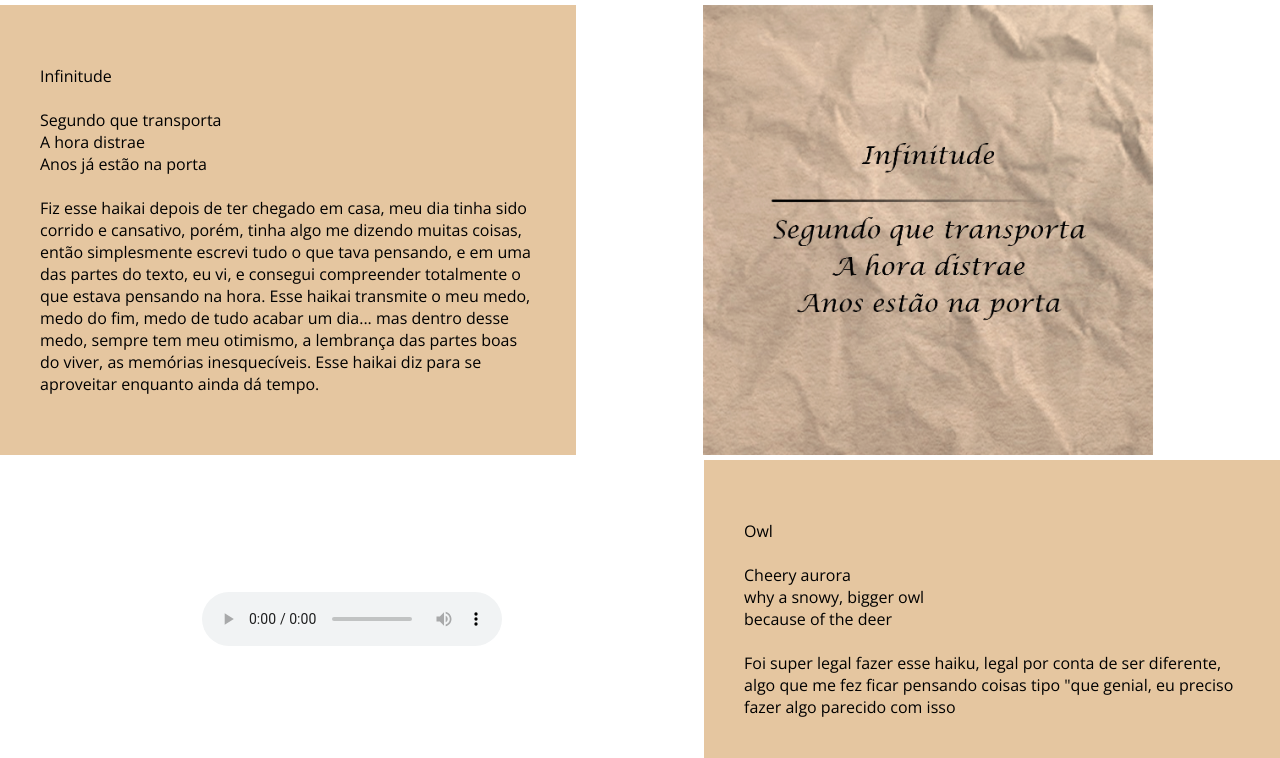
Repository: NewMatheusED/portfolio-linguagens
Page: index.html
The author's editor kept a copy of each file at every save. The page is drawn from the files as they stood at one save, then again after the next save.
The browser window is 1280 px wide. The pictures show the part of the page from y = 1212 to 1970 px (the page is 2278 px tall before and 2300 px after).
A picture or video elsewhere on the page could not be fetched, so the positions and the page height are approximate.

Above is the page before, as saved 2022-11-20 09:48:19.

After the next save:
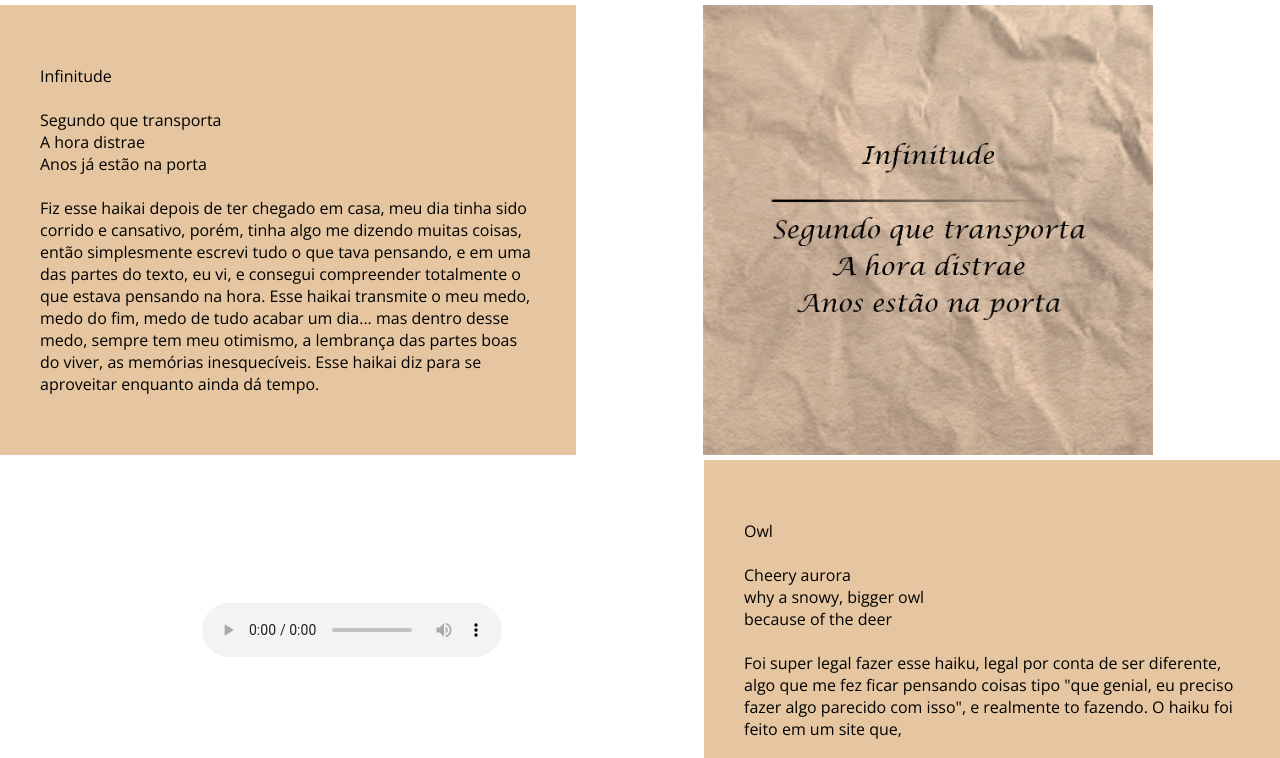
Saved 17 s later.
--- a/index.html
+++ b/index.html
@@ -83,7 +83,7 @@
                         Cheery aurora<br>
                         why a snowy, bigger owl<br>
                         because of the deer<br><br>
-                    Foi super legal fazer esse haiku, legal por conta de ser diferente, algo que me fez ficar pensando coisas tipo "que genial, eu preciso fazer algo parecido com isso</p>
+                    Foi super legal fazer esse haiku, legal por conta de ser diferente, algo que me fez ficar pensando coisas tipo "que genial, eu preciso fazer algo parecido com isso", e realmente to fazendo. O haiku foi feito em um site que, </p>
                 </div><!--item-2-mosaico-->
             </div><!--flex-mosaico-->
         </div><!--container-->
